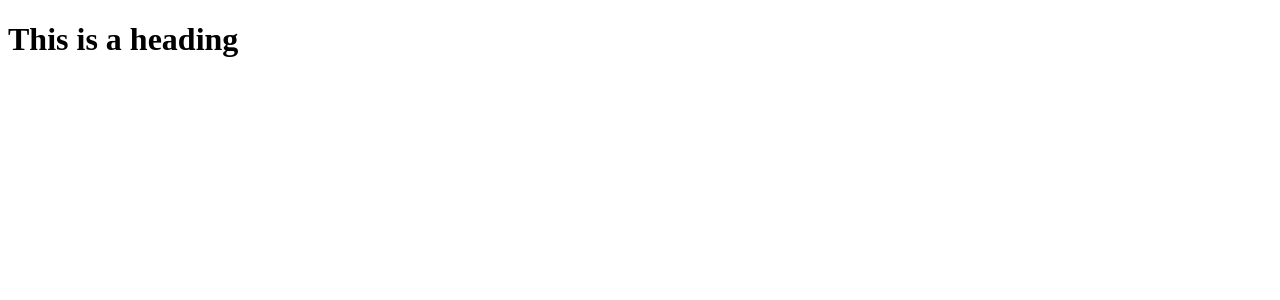
Repository: yujisu01/2021_504_java
Page: javascript_jquery/WebContent/ex03.html
These files come from the project's save history. The page is drawn as it stood at one moment and after the next save; the edit follows.
The browser window is 1280 px wide. The pictures show the whole page.

Above is the page before, as saved 2021-04-14 00:48:18.

After the next save:
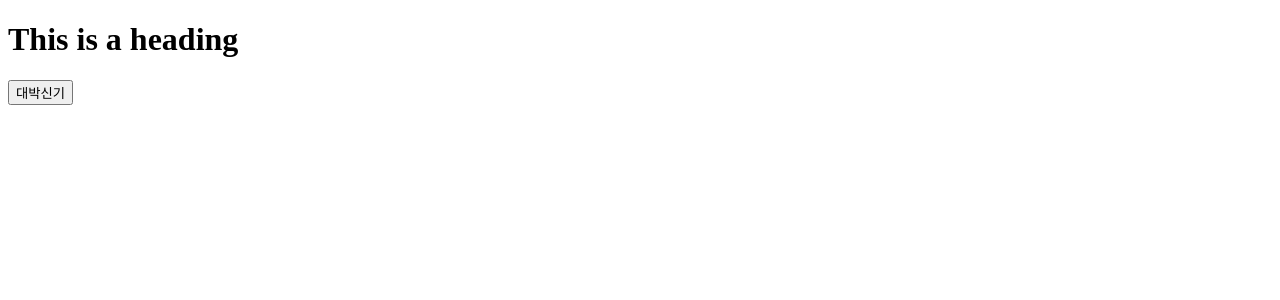
Saved 24 s later.
--- a/javascript_jquery/WebContent/ex03.html
+++ b/javascript_jquery/WebContent/ex03.html
@@ -10,6 +10,7 @@
 		e.style.color="red";
 	}
 </script>
+<button type="button" onclick="func();">대박신기</button>
 </head>
 <body>
 
